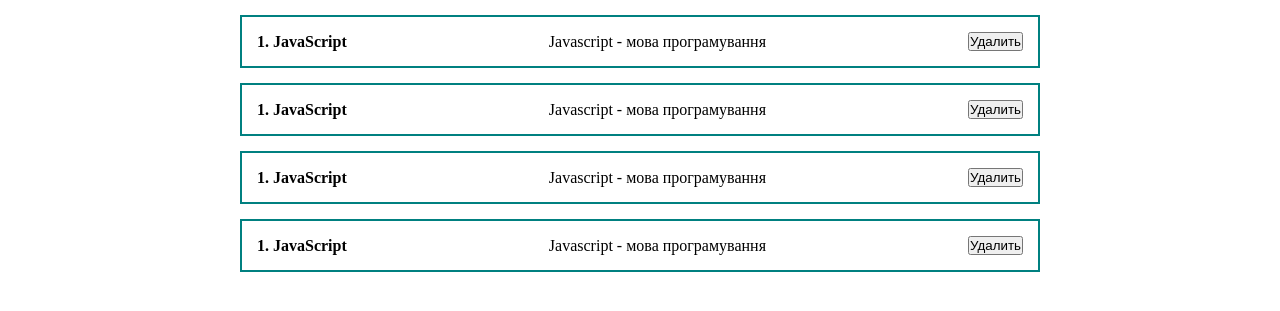
Repository: otvertka/ulb2_react
Page: / (app in jk_project/)
The author's editor kept a copy of each file at every save. The page is drawn from the files as they stood at one save, then again after a run of saves.
The browser window is 1280 px wide. The pictures show the whole page.
The project was rebuilt for these pictures with package versions that can differ from the ones it lists, and the page was loaded fresh each time. Also part of the build but not shown: jk_project/src/component/Counter.jsx, jk_project/src/component/ClassCounter.jsx.

Above is the page before, as saved 2023-09-08 10:29:57.

After the next 2 saves:
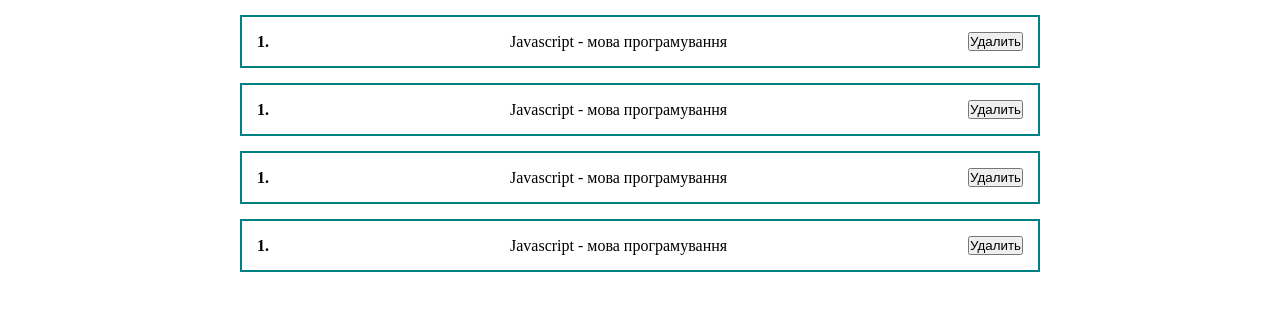
The 2 saves are shown as one change because 1 did not build or start.
The last was saved 10 min 14 s later.
--- a/jk_project/src/component/PostItem.jsx
+++ b/jk_project/src/component/PostItem.jsx
@@ -6,7 +6,7 @@ const PostItem = (props) => {
     <div>
       <div className="post">
         <div className="post__content">
-          <strong>1. JavaScript</strong>
+          <strong>1. {props.title}</strong>
         </div>
         <div>Javascript - мова програмування</div>
         <div className="post__btns">
